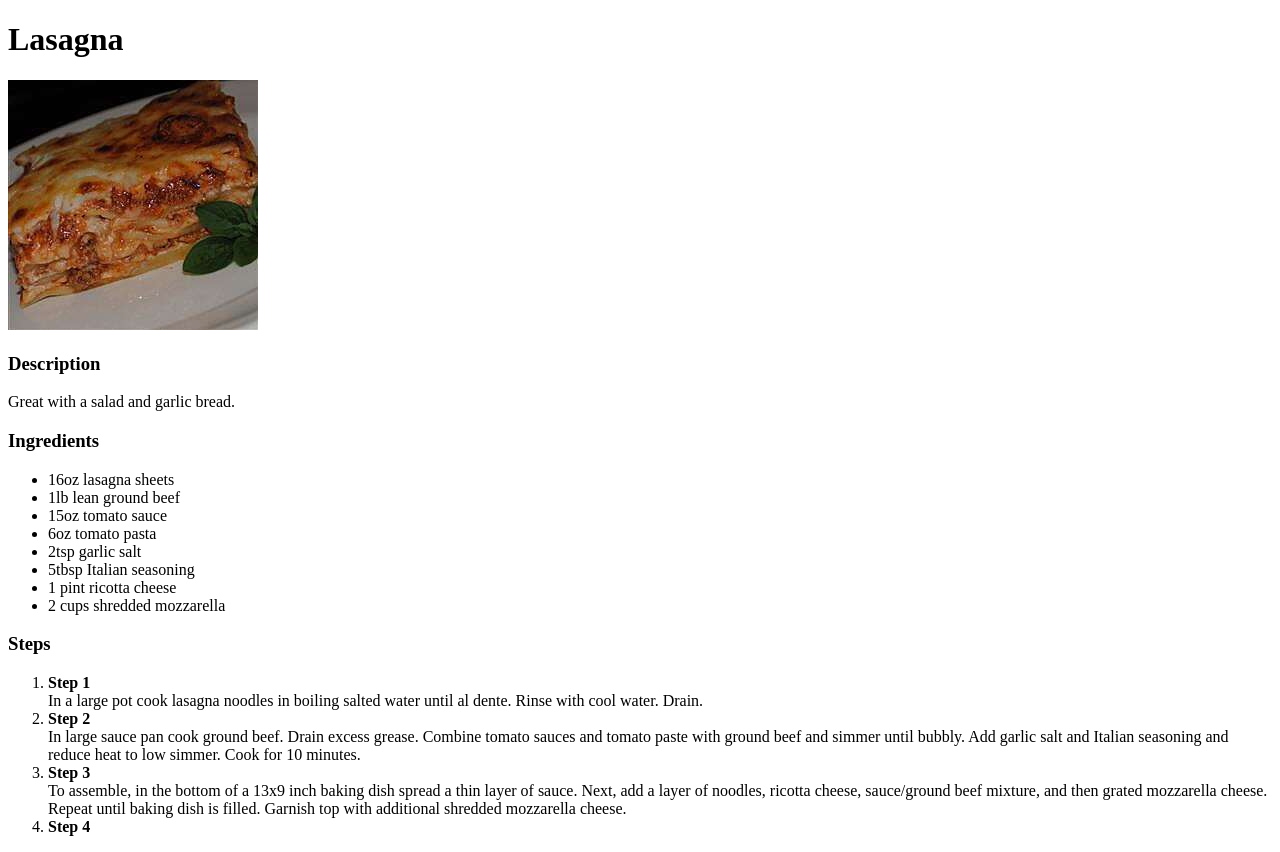
Repository: evemcd/odin_project
Page: odin-project1-recipes/recipes/lasagna.html
An editor plug-in stored every save of this project. The page is shown before and after the next save, followed by the edit.
The browser window is 1280 px wide. The pictures show the whole page.

Above is the page before, as saved 2022-01-30 12:01:04.

### odin-project1-recipes/recipes/lasagna.html
<!DOCTYPE html>
<html lang="en">
<head>
    <meta charset="UTF-8">
    <title>Lasagna</title>
</head>
<body>
    <h1>Lasagna</h1>
    <img src="../images/lasagna.jfif" alt="Lasagna">
    <h3>Description</h3>
    <p>Great with a salad and garlic bread.</p>
    <h3>Ingredients</h3>
    <ul>
        <li>16oz lasagna sheets</li>
        <li>1lb lean ground beef</li>
        <li>15oz tomato sauce</li>
        <li>6oz tomato pasta</li>
        <li>2tsp garlic salt</li>
        <li>5tbsp Italian seasoning</li>
        <li>1 pint ricotta cheese</li>
        <li>2 cups shredded mozzarella</li>
    </ul>
    <h3>Steps</h3>
    <ol>
        <li><strong>Step 1</strong><br>In a large pot cook lasagna noodles in boiling salted water until al dente. Rinse with cool water. Drain.</li>
        <li><strong>Step 2</strong><br>In large sauce pan cook ground beef. Drain excess grease. Combine tomato sauces and tomato paste with ground beef and simmer until bubbly. Add garlic salt and Italian seasoning and reduce heat to low simmer. Cook for 10 minutes.</li>
        <li><strong>Step 3</strong><br>To assemble, in the bottom of a 13x9 inch baking dish spread a thin layer of sauce. Next, add a layer of noodles, ricotta cheese, sauce/ground beef mixture, and then grated mozzarella cheese. Repeat until baking dish is filled. Garnish top with additional shredded mozzarella cheese.</li>
        <li><strong>Step 4</strong><br></li>
    </ol>
</body>
</html>

After the next save:
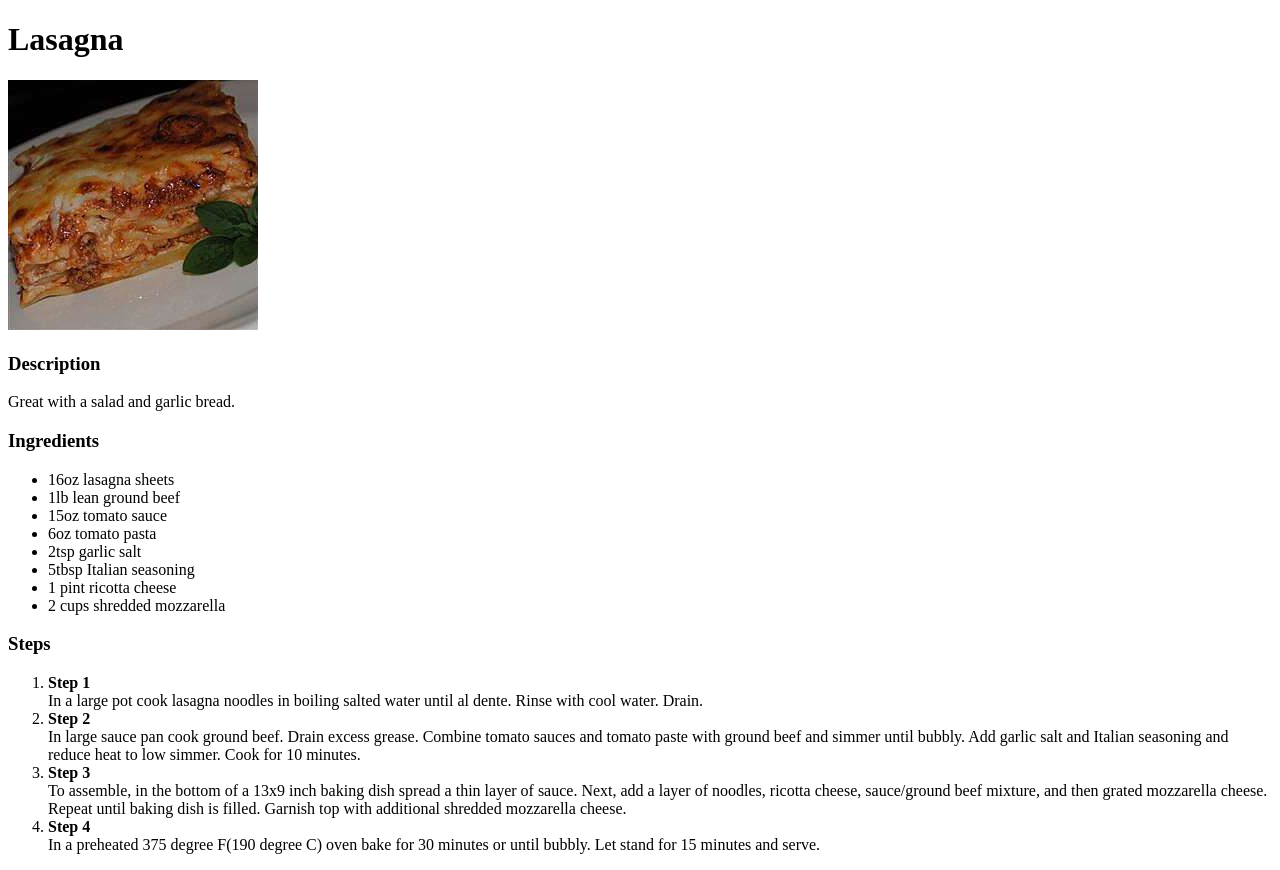
Saved 12 s later.
--- a/odin-project1-recipes/recipes/lasagna.html
+++ b/odin-project1-recipes/recipes/lasagna.html
@@ -25,7 +25,7 @@
         <li><strong>Step 1</strong><br>In a large pot cook lasagna noodles in boiling salted water until al dente. Rinse with cool water. Drain.</li>
         <li><strong>Step 2</strong><br>In large sauce pan cook ground beef. Drain excess grease. Combine tomato sauces and tomato paste with ground beef and simmer until bubbly. Add garlic salt and Italian seasoning and reduce heat to low simmer. Cook for 10 minutes.</li>
         <li><strong>Step 3</strong><br>To assemble, in the bottom of a 13x9 inch baking dish spread a thin layer of sauce. Next, add a layer of noodles, ricotta cheese, sauce/ground beef mixture, and then grated mozzarella cheese. Repeat until baking dish is filled. Garnish top with additional shredded mozzarella cheese.</li>
-        <li><strong>Step 4</strong><br></li>
+        <li><strong>Step 4</strong><br>In a preheated 375 degree F(190 degree C) oven bake for 30 minutes or until bubbly. Let stand for 15 minutes and serve.</li>
     </ol>
 </body>
 </html>
